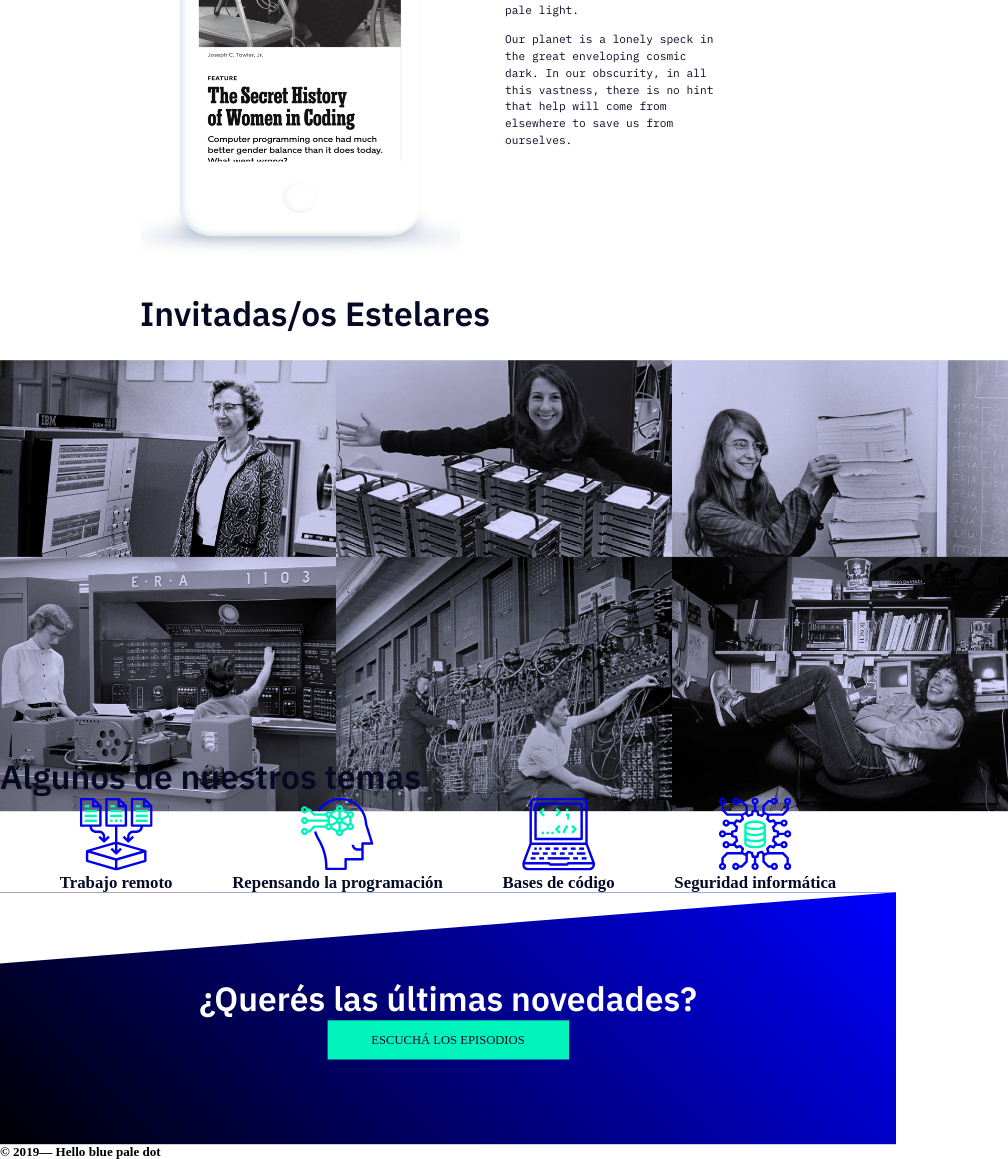
Repository: FedeGA93/podcast
Page: index.html
These files come from the project's save history. The page is drawn as it stood at one moment and after the next save; the edit follows.
The browser window is 1280 px wide. The page is 1440 px wide, so the pictures cover 1440 px, including what lies to the right of the window. The pictures show the part of the page from y = 1432 to 3152 px (the page is 3088 px tall before and 3152 px after), at 70% of full size.
Pictures or frames that could not be fetched are drawn as grey boxes. Some web libraries are served in a nearby version.

Above is the page before, as saved 2019-11-25 10:23:10.

### index.html
<!DOCTYPE html>
<html lang="es">

<head>
    <meta charset="UTF-8">
    <meta name="viewport" content="width=device-width, initial-scale=1.0">
    <meta http-equiv="X-UA-Compatible" content="ie=edge">
    <title>BlueDot</title>
    <link rel="stylesheet" href="styles/styles.css">
    <link href="https://fonts.googleapis.com/css?family=IBM+Plex+Mono|IBM+Plex+Sans:400,400i,500,600&display=swap"
        rel="stylesheet">
    <link rel="stylesheet" href="https://cdnjs.cloudflare.com/ajax/libs/font-awesome/5.11.2/css/all.css">
</head>

<body>
    <header>
        <div class="menu">
            <div>
                <img src="images/logo.svg" alt="Logo del podcast" class="responsive-logo">
            </div>
            <div>
                <nav>
                    <input type="checkbox" />
                    <span class="barras-negras-hamburger"></span>
                    <span class="barras-negras-hamburger"></span>
                    <span class="barras-negras-hamburger"></span>
                    <ul class="menu-child">
                        <li><a class="color-letras" href="#epi">EPISODIOS</a></li><br>
                        <li><a class="color-letras" href="#nos">NOSOTROS</a></li><br>
                        <li><a class="color-letras" href="#ent">ENTREVISTAS</a></li><br>
                        <li><a class="color-letras" href="#topi">TOPICOS</a></li><br>
                    </ul>
                </nav>
            </div>
        </div>
    </header>
    <main class="first-box">
        <div class="main-child">
            <h1>Hello <s>world</s> pale blue dot<strong class="strong-dot">.</strong></h1>
        </div>
        <div class="main-child">
            <p class="parrafos-general">El portal de podcasts que explora el mundo de la programación y <br> la
                tecnología.
                Nuevos episodios, todos los jueves cada 15 días.</p>
        </div>
        <div class="main-child">
            <article >
                <p><a class="btn cnmas"  href="#nos">CONOCÉ MÁS</a></p>
            </article>
        </div>
    </main>
    <section>

        <article class="fondo-azul-gradiente sec">
            <div class="corteuno"></div>
            <div class="cortedos"></div>

            <div>
                <p class="color-blanco pad" id="epi">Episodios</p>
            </div>

            <div class="flex-spotify">
                <iframe src="https://open.spotify.com/embed-podcast/show/2ySVrxGkN6n6frMTo9Nsrt" allowtransparency="true" frameborder="0" allow="encrypted-media"></iframe>


                <iframe src="https://open.spotify.com/embed-podcast/show/4kYCRYJ3yK5DQbP5tbfZby" allowtransparency="true" frameborder="0" allow="encrypted-media"></iframe>

                <iframe src="https://open.spotify.com/embed-podcast/episode/2VHYWRX1mHcZQS89y3z2Xv" frameborder="0" allowtransparency="true" allow="encrypted-media"></iframe>
                <iframe src="https://open.spotify.com/embed-podcast/show/2Iibd5A6R7mxkCm4NwNmUn" allowtransparency="true" frameborder="0" allow="encrypted-media"></iframe>
            </div>
    </section>
    <section>

        <div class="informacion">
            <article>
                <img src="images/phone.png" alt="El podcast en un telefono" class="phone">
            </article>
            <articleS>
                <h2 class="color-negro" id="nos">De dónde venimos</h2>

                <p class="parrafos-general limit-text">Our posturings, our imagined self-importance, the delusion that
                    we
                    have some
                    privileged position in the Universe, are challenged by this point of pale light. </p> <br>

                <p class="parrafos-general limit-text">
                    Our planet is a lonely speck in the great enveloping cosmic dark. In our obscurity, in all this
                    vastness, there is no hint that help will come from elsewhere to save us from ourselves.</p>

            </article>
        </div>

    </section>
    <section>
        <h2 class="color-negro paddie" id="ent">
            Invitadas/os Estelares
        </h2>

        <div class="photo-box">
            <img src="images/grace-hopper.png" alt="Foto de Grace Hopper" class="photos">
            <img src="images/Katie-Bouman.png" alt="Foto de Katie Bouman" class="photos">
            <img src="images/Margaret_Hamilton.png" alt="Margaret Hamilton" class="photos">
            <img src="images/computadora1950.png" alt="Una computadora del año 1950" class="photos">
            <img src="images/computadoraprogramable.png" alt="La primera computadora programable del mundo"
                class="photos">
            <img src="images/susan-kare.png" alt="Foto de Susan Kare" class="photos">

        </div>
    </section>
    <section>
        <h2 class="color-negro" id="topi">Algunos de nuestros temas</h2>
        <div>
            <section class="alineado">
                <article >
                    <img src="images/icon1.svg" alt="" class="theme-size">
                    <p class="temas">Trabajo remoto</p>
                </article>
                <article >
                    <img src="images/icon2.svg" alt="" class="theme-size">
                    <p class="temas">Repensando la programación</p>
                </article>

                <article >
                    <img src="images/icon3.svg" alt="" class="theme-size">
                    <p class="temas">Bases de código</p>
                </article>

                <article >
                    <img src="images/icon4.svg" alt="" class="theme-size">
                    <p class="temas">Seguridad informática</p>
                </article>
            </section>
        </div>
    </section>
    <section>
        <div class="fondo-azul-gradiente secfoot">
            <div class="corteuno"></div>
            <article>
                <h2 class="color-blanco">
                    ¿Querés las últimas novedades?
                </h2>
            </article>

            <article>
                <p> <a class="btn ele" href="#epi">ESCUCHÁ LOS EPISODIOS</a> </p>
            </article>

        </div>
    </section>

    <footer>
        <h3>© 2019— Hello blue pale dot </h3>
    </footer>
</body>

</html>

### styles/styles.css
* {
  margin: 0;
  padding: 0;
  border: 0;
  box-sizing: content-box;
}

.menu {
  display: flex;
  flex-flow: row;
  justify-content: space-between;
  padding: 22px 244px 120px 100px;
  position: static;
  top: 0;
  overflow: hidden;
}
.menu-child {
  display: flex;
  flex-flow: row wrap;
  text-decoration: none;
  list-style-type: none;
  justify-content: flex-end;
  text-indent: 20px;
}

.first-box {
  display: flex;
  flex-flow: column;
  padding: 0 13%;
}
.main-child {
  justify-content: center;
}
.color-letras:active {
  color: RGBA(6, 10, 36, 0.53);
}
.color-letras:hover {
  color: #00f3bb;
  text-decoration: line-through;
}
.color-letras {
  font-family: "IBM Plex Mono", monospace;
  font-size: 16px;
  color: #060a24;
  letter-spacing: 0;
  line-height: 28px;
  text-decoration: none;
}

h1 {
  font-family: "IBM Plex Sans", sans-serif;
  font-size: 64px;
  color: #060a24;
  letter-spacing: 0;
}
.strong-dot {
  font-family: "IBM Plex Sans", sans-serif;
  font-size: 64px;
  color: #0000ec;
  letter-spacing: 0;
}
.parrafos-general {
  font-family: "IBM Plex Mono", monospace;
  font-size: 16px;
  color: #060a24;
  letter-spacing: 0;
  line-height: 24px;
}

input {
  display: none;
}

.sec {
  position: relative;
  width: 100%;
  height: 124vh;
  overflow: hidden;
}
.secfoot {
  display: flex;
  justify-content: center;
  align-items: center;
  flex-direction: column;
  position: relative;
  width: 100%;
  height: 50vh;
  overflow: hidden;
}
.fondo-azul-gradiente {
  background-image: linear-gradient(225deg, #0000ff 0%, #000003 100%);
}

/* Cortes del fondo */

.corteuno {
  position: absolute;
  top: 0;
  left: 0;
  border-width: 0 0 8vw 100vw;
  border-style: solid;
  border-color: transparent #fff transparent;
}
.cortedos {
  position: absolute;
  bottom: 0;
  left: 0;
  border-width: 0 0 10vw 100vw;
  border-style: solid;
  border-color: transparent transparent #fff;
}

.color-blanco {
  font-family: 'IBM Plex Sans', sans-serif;
  font-size: 48px;
  color: #ffffff;
  letter-spacing: 0;
}.color-negro {
  font-family: "IBM Plex Sans", sans-serif;
  font-size: 48px;
  color: #060a24;
  letter-spacing: 0;
}
.informacion {
  display: flex;
  justify-content: flex-start;
  flex-direction: row;


}

.btn {
  display: flex;
  align-items: center;
  justify-content: center;
  background-color: #00f3bb;
  font-family: "IBMPlexMono", Medium;
  font-size: 18px;
  color: #060a24;
  letter-spacing: 0;
  text-align: center;
  line-height: 24px;
  text-decoration: none;
}
.btn:hover,
.btn:focus {
  background-image: linear-gradient(225deg, #0000fe 0%, #00f0b8 100%);
  color: #ffffff;

}
.cnmas{
  height: 56px;
  width: 226px;
}
.ele{
  width: 345px;
  height: 56px;

}

.flex {
  display: flex;
  flex-direction: row;
  flex-wrap: nowrap;
  justify-content: space-between;
}
.pad {
  padding:7% 12.76% 0;
}
.flex-spotify {
  display: flex;
  flex-flow: row wrap;
  padding: 2% 8% ;
}
.temas {
  font-family: "IBMPlexSans";
  font-weight: 600;
  font-size: 24px;
  color: #060a24;
  letter-spacing: 0;
  text-align: center;
}

.alineado {
  display: flex;
  flex-flow: row;
  justify-content: space-evenly;
  text-align: center;
}
.phone {
  position: relative;
  top: -311px;
  height: 660px;
  width: 457.6px;
  padding: 200px 64px 0 200px;
}
iframe {
  padding: 0 72px 72px 0;
  position: relative;
  z-index: 1;
  width:44%;
  height: 232px ;
}

.paddie {
  margin: -267px 0 36px 200px;
  z-index: 1;
}
.photos {
  width: 480px;
  height: 364px;
}
.photo-box {
  width:fit-content;
  display: grid;
  grid-template-columns: repeat(3, 0fr);
  grid-template-rows: repeat(2, 22vw);
}
.limit-text{
  width: 54%;
}
.theme-size{
  width: 104px;
  height: 104px;
}
.top{
  margin-top:5%;
}
/*
  ***************************************************
    ***********************************************
      ********************************************
        ****************************************
        *****************MOBILE*****************
        ****************************************
      ********************************************
     **********************************************
   **************************************************
 */

@media screen and (max-width: 600px) {
  * {
    margin: 0px;
    padding: 0;
    border: 0;
  }
  .barra-navegadora {
    display: none;
  }
  .menu{
    padding: 0px;
  }
  .seccion {
    width: 100%;
  }

  .responsive-logo {
    margin: 2.2% 87.5% 1.2% 2%;
  }
  .menu-child {
    display: none;
  }
  .menu-child:hover {
    display: block;
  }
  #burger {
    display: flex;
    justify-content: flex-end;
  }
  h1 {
    font-family: "IBM Plex Sans", sans-serif;
    font-size: 36px;
    color: #060a24;
    letter-spacing: 0;
    line-height: 42px;
  }

  p.parrafos-general {
    font-family: "IBM Plex Mono", monospace;
    font-size: 14px;
    color: #060a24;
    letter-spacing: 0;
    line-height: 22px;
  }
    h2.color-blanco {
    font-family: "IBM Plex Sans", sans-serif;
    font-size: 36px;
    color: #ffffff;
    letter-spacing: 0;
    line-height: 42px;
  }
  h2.color-negro {
    font-family: "IBM Plex Sans", sans-serif;
    font-size: 36px;
    color: #060a24;
    letter-spacing: 0;
    line-height: 42px;
  }
  .cnmas {
    height: 48px;
    width: 100%;
  }
  .barras-negras-hamburger {
    display: block;
    width: 33px;
    height: 4px;
    margin-bottom: 5px;
    position: relative;
    background: black;
    border-radius: 3px;
  }
  .sec{
    height: 172vh;
  }
  .phone{
    top:-60px;
    padding: 0;
    width: 360px;
    height: 519px;

  }
  .photo-box{
    grid-template-columns: repeat(1, 0);
    grid-template-rows: repeat(1, 16.5%);
  }
  .paddie{
    margin: 0;
  }
  .photos{
    height: auto;
    width: 100vw;
  }
  iframe{
    padding: 1%;
    width: auto;
  }
  .informacion{
    flex-direction: column;
  }
  .alineado{
    flex-direction: column;
  }
}
/*
  ***************************************************
    ***********************************************
      ********************************************
        ****************************************
         ***************TABLET*****************
        ****************************************
      ********************************************
     **********************************************
   **************************************************
 */

After the next save:
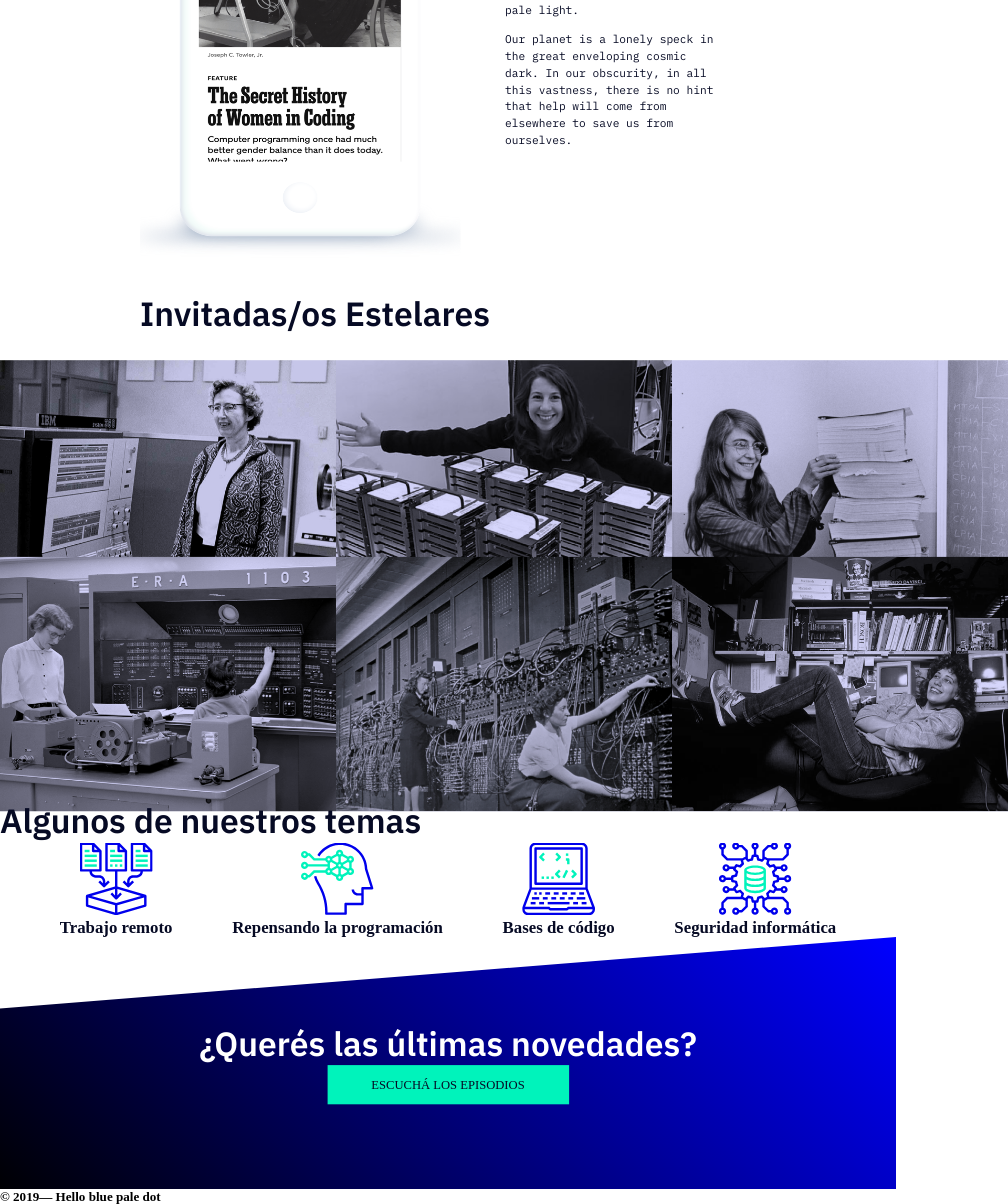
Saved 20 s later.
--- a/index.html
+++ b/index.html
@@ -107,7 +107,7 @@
 
         </div>
     </section>
-    <section>
+    <section class="top">
         <h2 class="color-negro" id="topi">Algunos de nuestros temas</h2>
         <div>
             <section class="alineado">
